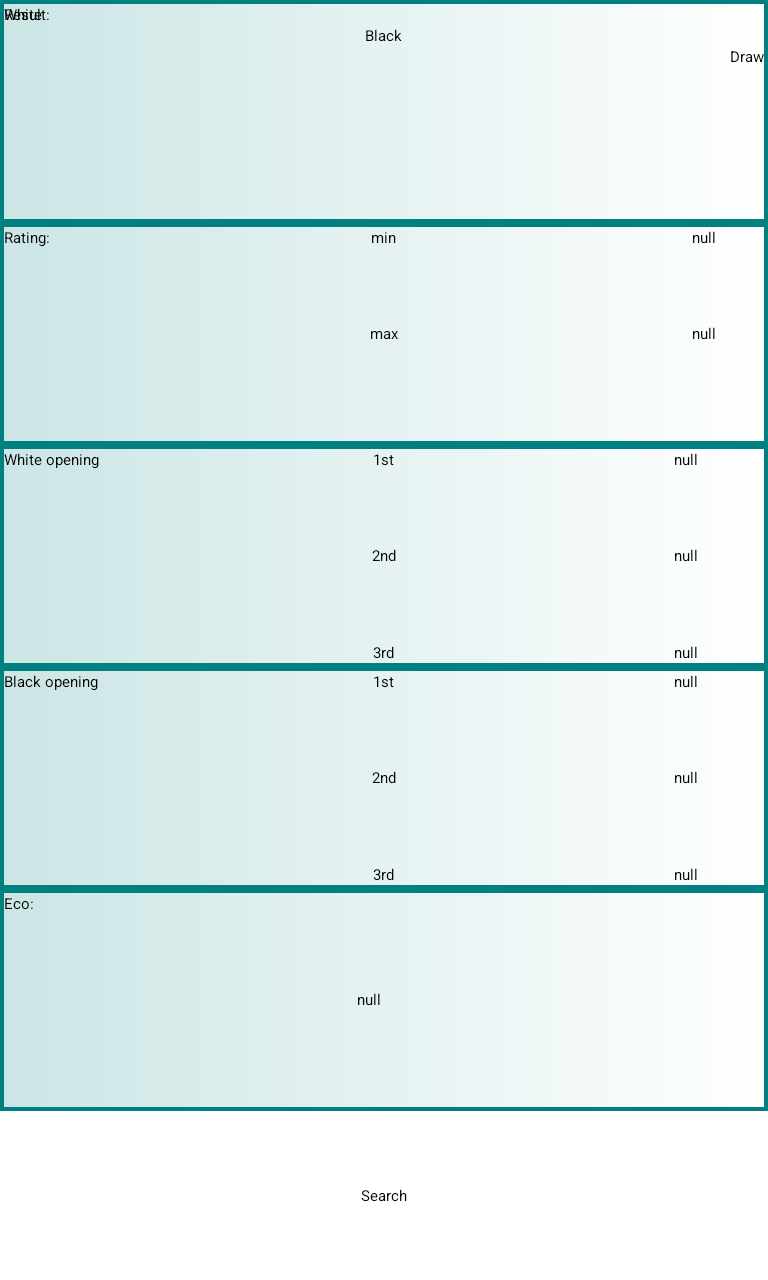
Repository: zyixc/ProjectChessV2
Layout: ChessMasters/res/layout/fragment_game_search_screen.xml
The author's editor kept a copy of each file at every save. The layout is drawn from the files as they stood at one save, then again after the next save.
It is drawn on a 768 x 1280 px phone screen (xhdpi) without system bars, with theme AppTheme; the app's code is not run.

Above is the layout before, as saved 2014-06-25 13:33:54.

After the next save:
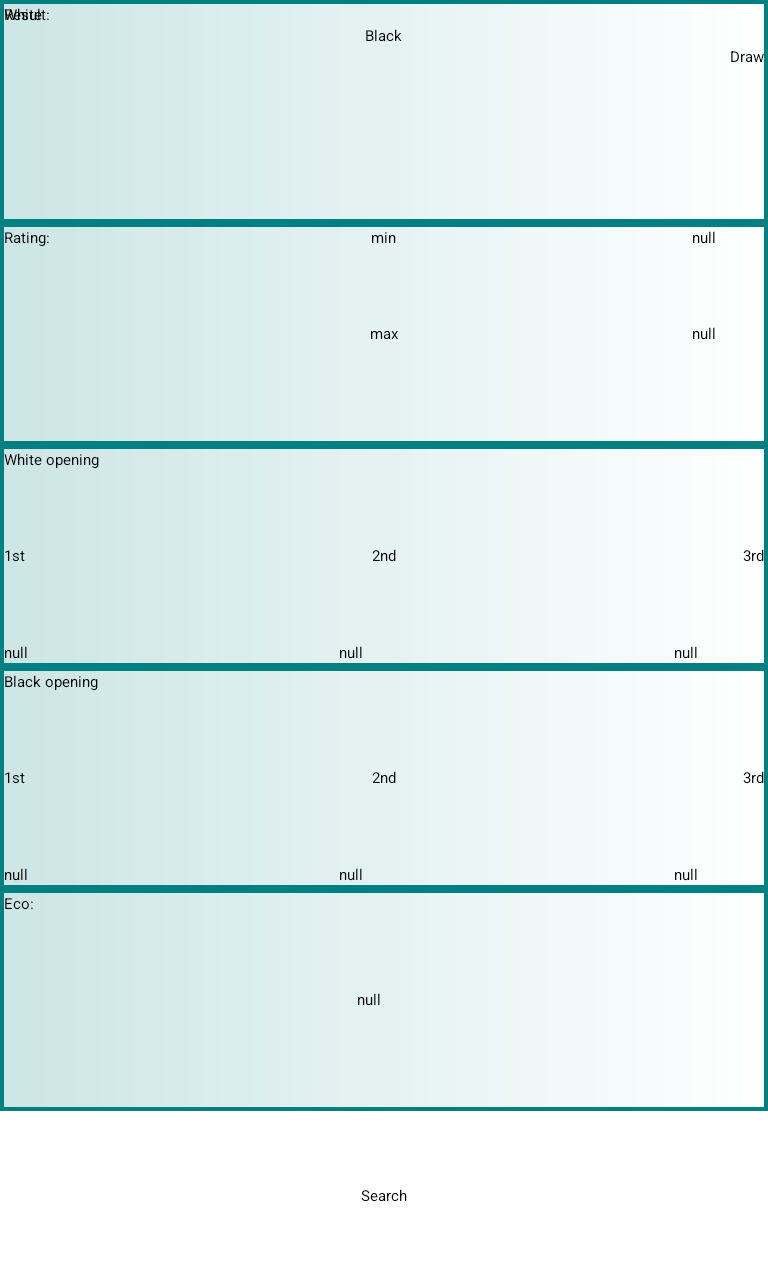
Saved 4 min 14 s later.
--- a/ChessMasters/res/layout/fragment_game_search_screen.xml
+++ b/ChessMasters/res/layout/fragment_game_search_screen.xml
@@ -20,7 +20,8 @@
         <RadioGroup
             android:id="@+id/fGSS_Result_RadioGroup"
             android:layout_width="fill_parent"
-            android:layout_height="fill_parent" >
+            android:layout_height="fill_parent"
+            android:layout_gravity="bottom" >
 
             <RadioButton
                 android:id="@+id/fGSS_Result_RadioButton_White"
@@ -34,7 +35,7 @@
                 android:id="@+id/fGSS_Result_RadioButton_Black"
                 android:layout_width="wrap_content"
                 android:layout_height="wrap_content"
-                android:layout_gravity="bottom|center"
+                android:layout_gravity="center"
                 android:text="@string/game_search_screen_result_black"
                 android:textAppearance="@android:style/TextAppearance.DeviceDefault.Large" />
 
@@ -42,7 +43,7 @@
                 android:id="@+id/fGSS_Result_RadioButton_Draw"
                 android:layout_width="wrap_content"
                 android:layout_height="wrap_content"
-                android:layout_gravity="bottom|right"
+                android:layout_gravity="right"
                 android:text="@string/game_search_screen_result_draw"
                 android:textAppearance="@android:style/TextAppearance.DeviceDefault.Large" />
 
@@ -113,12 +114,12 @@
             android:layout_gravity="left|top" />
 
         <TextView
-            android:layout_width="wrap_content"
-            android:layout_height="wrap_content"
-            android:textAppearance="?android:attr/textAppearanceLarge"
+            android:id="@+id/fGSS_WhiteOpening_TextView_1st"
+            android:layout_width="wrap_content"
+            android:layout_height="wrap_content"
+            android:layout_gravity="left|center"
             android:text="@string/game_search_screen_whiteopening_1st"
-            android:id="@+id/fGSS_WhiteOpening_TextView_1st"
-            android:layout_gravity="center_horizontal|top" />
+            android:textAppearance="?android:attr/textAppearanceLarge" />
 
         <TextView
             android:layout_width="wrap_content"
@@ -129,28 +130,28 @@
             android:layout_gravity="center" />
 
         <TextView
-            android:layout_width="wrap_content"
-            android:layout_height="wrap_content"
-            android:textAppearance="?android:attr/textAppearanceLarge"
+            android:id="@+id/fGSS_WhiteOpening_TextView_3rd"
+            android:layout_width="wrap_content"
+            android:layout_height="wrap_content"
+            android:layout_gravity="right|center"
             android:text="@string/game_search_screen_whiteopening_3rd"
-            android:id="@+id/fGSS_WhiteOpening_TextView_3rd"
-            android:layout_gravity="center_horizontal|bottom" />
-
-        <EditText
-            android:layout_width="wrap_content"
-            android:layout_height="wrap_content"
+            android:textAppearance="?android:attr/textAppearanceLarge" />
+
+        <EditText
             android:id="@+id/fGSS_WhiteOpening_EditText_1st"
-            android:layout_gravity="right|top"
-            android:inputType="textNoSuggestions"
-            android:ems="5"
+            android:layout_width="wrap_content"
+            android:layout_height="wrap_content"
+            android:layout_gravity="bottom|left"
             android:editable="false"
-            android:text="@string/null_value" />
-
-        <EditText
-            android:layout_width="wrap_content"
-            android:layout_height="wrap_content"
+            android:ems="5"
+            android:inputType="textNoSuggestions"
+            android:text="@string/null_value" />
+
+        <EditText
             android:id="@+id/fGSS_WhiteOpening_EditText_2nd"
-            android:layout_gravity="right|center_vertical"
+            android:layout_width="wrap_content"
+            android:layout_height="wrap_content"
+            android:layout_gravity="bottom|center"
             android:ems="5"
             android:inputType="textNoSuggestions"
             android:text="@string/null_value" />
@@ -180,12 +181,12 @@
             android:layout_gravity="left|top" />
 
         <TextView
-            android:layout_width="wrap_content"
-            android:layout_height="wrap_content"
-            android:textAppearance="?android:attr/textAppearanceLarge"
+            android:id="@+id/fGSS_BlackOpening_TextView_1st"
+            android:layout_width="wrap_content"
+            android:layout_height="wrap_content"
+            android:layout_gravity="left|center"
             android:text="@string/game_search_screen_blackopening_1st"
-            android:id="@+id/fGSS_BlackOpening_TextView_1st"
-            android:layout_gravity="center_horizontal|top" />
+            android:textAppearance="?android:attr/textAppearanceLarge" />
 
         <TextView
             android:layout_width="wrap_content"
@@ -196,27 +197,27 @@
             android:layout_gravity="center" />
 
         <TextView
-            android:layout_width="wrap_content"
-            android:layout_height="wrap_content"
-            android:textAppearance="?android:attr/textAppearanceLarge"
+            android:id="@+id/fGSS_BlackOpening_TextView_rd"
+            android:layout_width="wrap_content"
+            android:layout_height="wrap_content"
+            android:layout_gravity="right|center"
             android:text="@string/game_search_screen_blackopening_3rd"
-            android:id="@+id/fGSS_BlackOpening_TextView_rd"
-            android:layout_gravity="center_horizontal|bottom" />
-
-        <EditText
-            android:layout_width="wrap_content"
-            android:layout_height="wrap_content"
+            android:textAppearance="?android:attr/textAppearanceLarge" />
+
+        <EditText
             android:id="@+id/fGSS_BlackOpening_EditText_1st"
-            android:layout_gravity="right|top"
-            android:ems="5"
-            android:inputType="textNoSuggestions"
-            android:text="@string/null_value" />
-
-        <EditText
-            android:layout_width="wrap_content"
-            android:layout_height="wrap_content"
+            android:layout_width="wrap_content"
+            android:layout_height="wrap_content"
+            android:layout_gravity="bottom|left"
+            android:ems="5"
+            android:inputType="textNoSuggestions"
+            android:text="@string/null_value" />
+
+        <EditText
             android:id="@+id/fGSS_BlackOpening_EditText_2nd"
-            android:layout_gravity="right|center_vertical"
+            android:layout_width="wrap_content"
+            android:layout_height="wrap_content"
+            android:layout_gravity="bottom|center"
             android:ems="5"
             android:inputType="textNoSuggestions"
             android:text="@string/null_value" />
